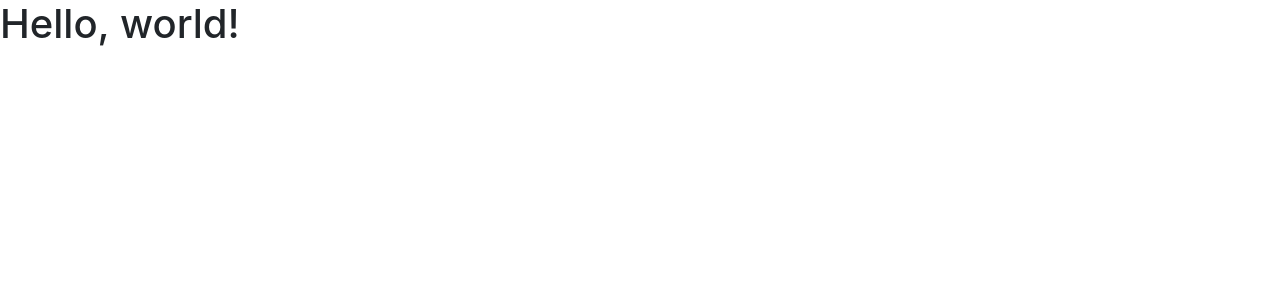
Repository: Aleksus81/Task1
Page: http://localhost/
The author's editor kept a record of every edit. The page is drawn from the files as they stood at one moment, then again after the next edit.
The browser window is 1280 px wide. The pictures show the whole page.
The page is run by PHP 8.4 with error messages shown; the project is at /var/www/html/.

Above is the page before.

### index.php
<!DOCTYPE HTML>
<html>
 <head>
  <title>Task1</title>
  <meta charset="utf-8">
  <link rel="stylesheet" href="https://stackpath.bootstrapcdn.com/bootstrap/4.3.1/css/bootstrap.min.css" integrity="sha384-ggOyR0iXCbMQv3Xipma34MD+dH/1fQ784/j6cY/iJTQUOhcWr7x9JvoRxT2MZw1T" crossorigin="anonymous">

 </head>
 <body>


<script src="https://code.jquery.com/jquery-3.3.1.slim.min.js" integrity="sha384-q8i/X+965DzO0rT7abK41JStQIAqVgRVzpbzo5smXKp4YfRvH+8abtTE1Pi6jizo" crossorigin="anonymous"></script>
<script src="https://cdnjs.cloudflare.com/ajax/libs/popper.js/1.14.7/umd/popper.min.js" integrity="sha384-UO2eT0CpHqdSJQ6hJty5KVphtPhzWj9WO1clHTMGa3JDZwrnQq4sF86dIHNDz0W1" crossorigin="anonymous"></script>
<script src="https://stackpath.bootstrapcdn.com/bootstrap/4.3.1/js/bootstrap.min.js" integrity="sha384-JjSmVgyd0p3pXB1rRibZUAYoIIy6OrQ6VrjIEaFf/nJGzIxFDsf4x0xIM+B07jRM" crossorigin="anonymous"></script>
 </body>
</html>
<!doctype html>
<html lang="en">
  <head>
    <!-- Required meta tags -->
    <meta charset="utf-8">
    <meta name="viewport" content="width=device-width, initial-scale=1, shrink-to-fit=no">

    <!-- Bootstrap CSS -->
    <link rel="stylesheet" href="https://stackpath.bootstrapcdn.com/bootstrap/4.3.1/css/bootstrap.min.css" integrity="sha384-ggOyR0iXCbMQv3Xipma34MD+dH/1fQ784/j6cY/iJTQUOhcWr7x9JvoRxT2MZw1T" crossorigin="anonymous">

    <title>Hello, world!</title>
  </head>
  <body>
    <h1>Hello, world!</h1>

    <!-- Optional JavaScript -->
    <!-- jQuery first, then Popper.js, then Bootstrap JS -->
    <script src="https://code.jquery.com/jquery-3.3.1.slim.min.js" integrity="sha384-q8i/X+965DzO0rT7abK41JStQIAqVgRVzpbzo5smXKp4YfRvH+8abtTE1Pi6jizo" crossorigin="anonymous"></script>
    <script src="https://cdnjs.cloudflare.com/ajax/libs/popper.js/1.14.7/umd/popper.min.js" integrity="sha384-UO2eT0CpHqdSJQ6hJty5KVphtPhzWj9WO1clHTMGa3JDZwrnQq4sF86dIHNDz0W1" crossorigin="anonymous"></script>
    <script src="https://stackpath.bootstrapcdn.com/bootstrap/4.3.1/js/bootstrap.min.js" integrity="sha384-JjSmVgyd0p3pXB1rRibZUAYoIIy6OrQ6VrjIEaFf/nJGzIxFDsf4x0xIM+B07jRM" crossorigin="anonymous"></script>
  </body>
</html>

After the next edit:
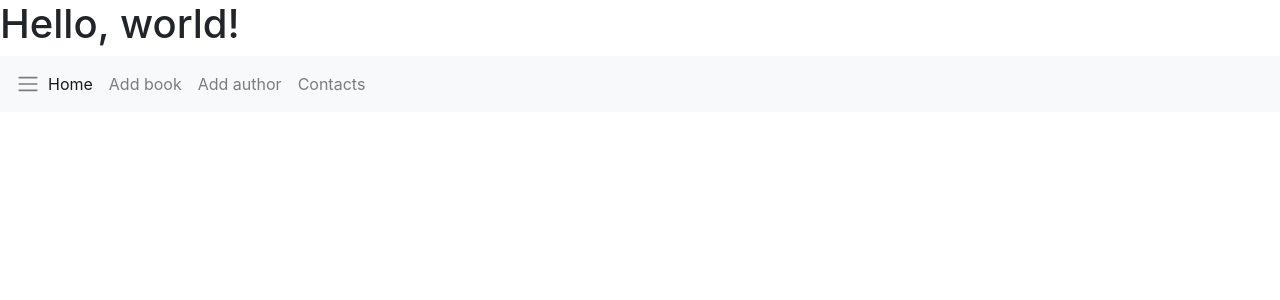
The edit:
--- a/index.php
+++ b/index.php
@@ -28,6 +28,18 @@
   </head>
   <body>
     <h1>Hello, world!</h1>
+    <nav class="navbar navbar-expand-lg navbar-light bg-light">
+    <span class="navbar-toggler-icon"></span>
+  </button>
+  <div class="collapse navbar-collapse" id="navbarNavAltMarkup">
+    <div class="navbar-nav">
+      <a class="nav-item nav-link active" href="https://drive.google.com/open?id=1oqOYs9y3zEdaOk6eTss3ztXQvVp_k07R">Home</a>
+      <a class="nav-item nav-link" href="#">Add book</a>
+      <a class="nav-item nav-link" href="#">Add author</a>
+      <a class="nav-item nav-link" href="#">Contacts</a>
+    </div>
+  </div>
+</nav>
 
     <!-- Optional JavaScript -->
     <!-- jQuery first, then Popper.js, then Bootstrap JS -->
